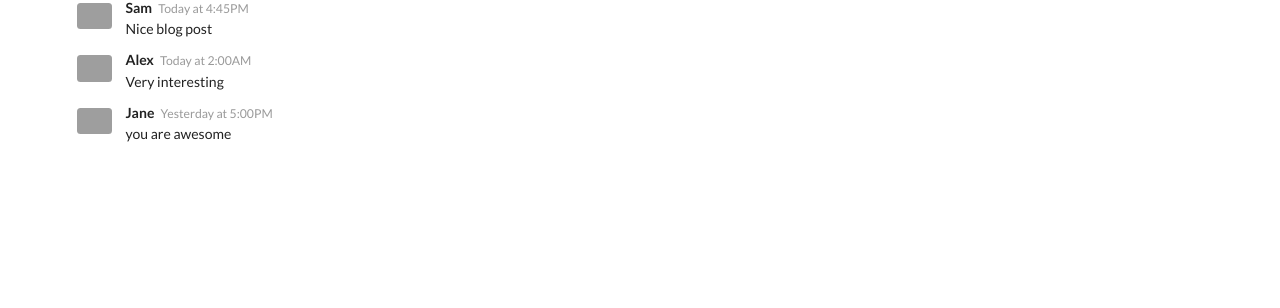
Repository: EgorSherstnev/Components
Page: /
The author's editor kept a copy of each file at every save. The page is drawn from the files as they stood at one save, then again after the next save.
The browser window is 1280 px wide. The pictures show the whole page.
Pictures or frames that could not be fetched are drawn as grey boxes. The project was rebuilt for these pictures with package versions that can differ from the ones it lists, and the page was loaded fresh each time.

Above is the page before, as saved 2022-09-19 22:02:45.

### src/index.js
import React from "react";
import  ReactDOM  from "react-dom";
import { faker } from "@faker-js/faker";
import CommentDetail from "./CommentDetail";
import ApprovalCard from "./ApprovalCard";

const App = () => {
    return (
        <div className="ui container comments">
           <CommentDetail
                author="Sam"
                timeAgo="Today at 4:45PM"
                content="Nice blog post"
                avatar={faker.image.avatar()} />
           <CommentDetail
                author="Alex"
                timeAgo="Today at 2:00AM"
                content="Very interesting"
                avatar={faker.image.avatar()} />
           <CommentDetail
                author="Jane"
                timeAgo="Yesterday at 5:00PM"
                content="you are awesome"
                avatar={faker.image.avatar()} />
        </div>
    );
};

ReactDOM.render(<App />, document.querySelector('#root'))

### src/CommentDetail.js
import React from "react";

const CommentDetail = props => {
    return (
        <div className="comment">
                <a href="/" className="avatar">
                    <img alt="avatar" src={props.avatar}/>
                </a>
                <div className="content">
                    <a href="/" className="author">
                        {props.author}
                    </a>
                    <div className="metadata">
                        <span className="date">{props.timeAgo}</span>
                    </div>
                    <div className="text">{props.content}</div>
                </div>
            </div>
    );
};

export default CommentDetail;

### src/ApprovalCard.js
import React from "react";

const ApprovalCard = () => {
    return (
        <div className="ui card">
            <div className="content">
                Are you sure?
            </div>
            <div className="extra content">
                <div className="ui two buttons">
                    <div className="ui basic green button">
                        Approve
                    </div>
                    <div className="ui basic red button">Reject</div>
                </div>
            </div>
        </div>
    );
};

export default ApprovalCard;

Loaded but not shown: public/index.html (common file)

After the next save:
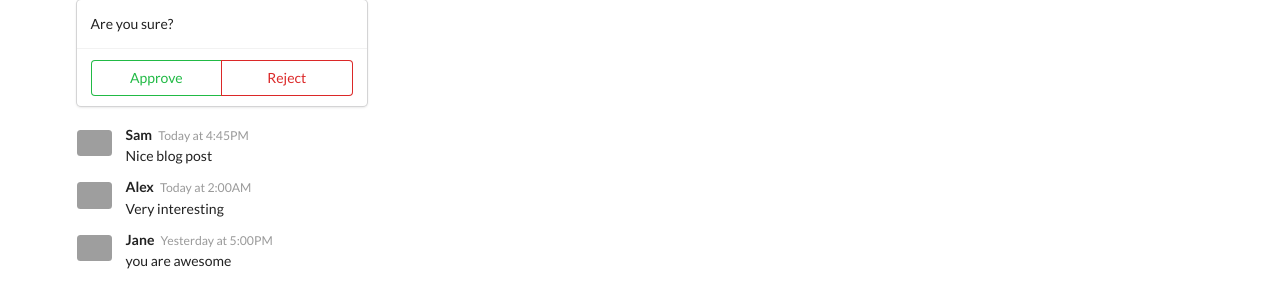
Saved 71 s later.
--- a/src/index.js
+++ b/src/index.js
@@ -7,6 +7,7 @@ import ApprovalCard from "./ApprovalCard";
 const App = () => {
     return (
         <div className="ui container comments">
+          <ApprovalCard />
            <CommentDetail
                 author="Sam"
                 timeAgo="Today at 4:45PM"
